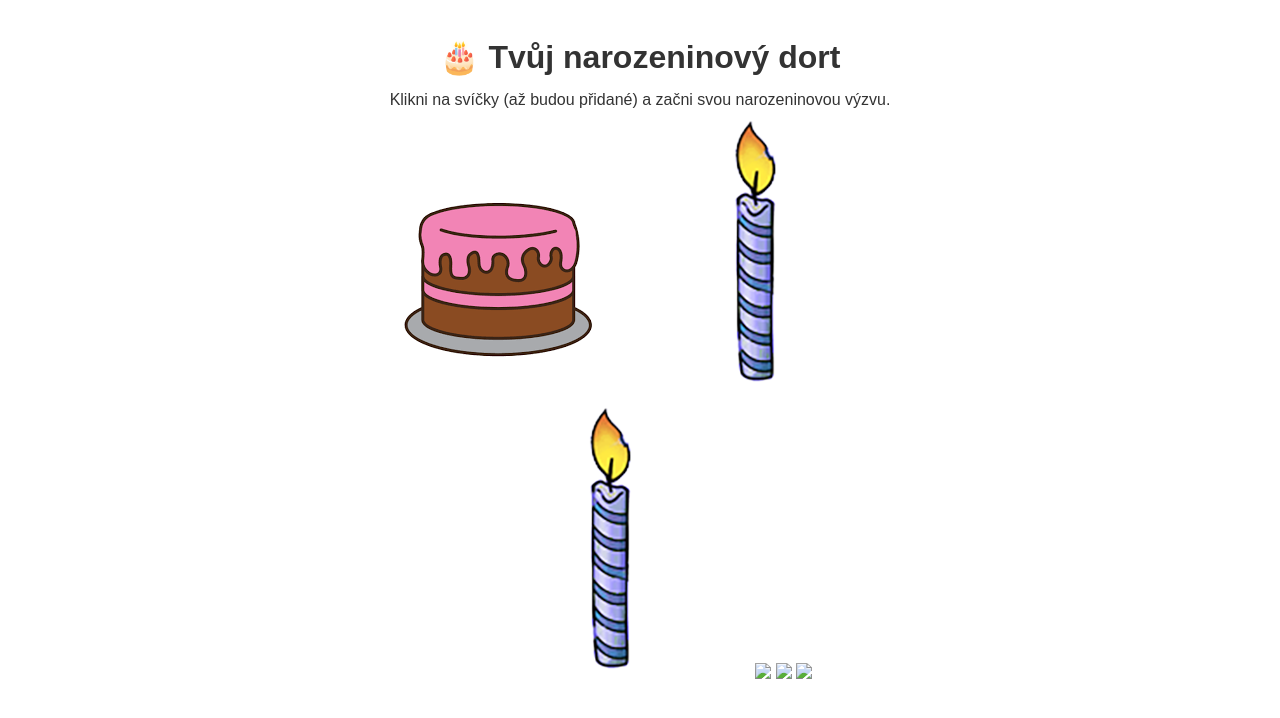
Repository: DanielMicka/darek
Page: html/cake.html
These files come from the project's save history. The page is drawn as it stood at one moment and after the next save; the edit follows.
The browser window is 1280 px wide. The pictures show the whole page.

Above is the page before, as saved 2026-06-13 19:11:19.
Not found: svíčka_on.png

### html/cake.html
<!DOCTYPE html>
<html lang="cs">

<head>
    <meta charset="UTF-8">
    <title>Dort 🎂</title>
    <link rel="stylesheet" href="styles.css">
</head>

<body>

    <div class="container fade">

        <h2>🎂 Tvůj narozeninový dort</h2>

        <p>Klikni na svíčky (až budou přidané) a začni svou narozeninovou výzvu.</p>

        <div class="cake-wrapper">
            <img src="/cake.png" class="cake">

            <!-- Svíčka 1 -->
            <img src="/svíčka_ende.png" class="candle c1" data-id="1">

            <!-- Svíčka 2 -->
            <img src="/svíčka_ende.png" class="candle c2" data-id="2">

            <!-- Svíčka 3 -->
            <img src="/svíčka_on.png" class="candle c3" data-id="3">

            <!-- Svíčka 4 -->
            <img src="/svíčka_on.png" class="candle c4" data-id="4">

            <!-- Svíčka 5 -->
            <img src="/svíčka_on.png" class="candle c5" data-id="5">
        </div>


    </div>

</body>

</html>

### html/styles.css
/* Reset */
* {
    margin: 0;
    padding: 0;
    box-sizing: border-box;
}

body {
    font-family: "Poppins", sans-serif;
    background: white;
    color: #333;
    display: flex;
    justify-content: center;
    align-items: center;
    min-height: 100vh; /* vždy na střed */
    text-align: center;
    padding: 20px;
}

/* Kontejner pro obsah */
.container {
    max-width: 700px;
    width: 100%;
}

/* Obrázky */
img {
    max-width: 100%;
    height: auto;
}

/* Tlačítko */
.btn {
    margin-top: 35px;
    padding: 15px 35px;
    font-size: 1.2rem;
    border: none;
    border-radius: 30px;
    background: #4aa3ff;
    color: white;
    cursor: pointer;
    transition: 0.3s;
}

.btn:hover {
    background: #1f8bff;
    transform: scale(1.05);
}

/* Nadpisy */
h1 {
    font-size: 2.6rem;
    margin-bottom: 15px;
}

h2 {
    font-size: 2rem;
    margin-bottom: 15px;
}

/* Animace */
@keyframes fadeIn {
    from { opacity: 0; transform: translateY(20px); }
    to   { opacity: 1; transform: translateY(0); }
}

.fade {
    animation: fadeIn 1.2s ease;
}

After the next save:
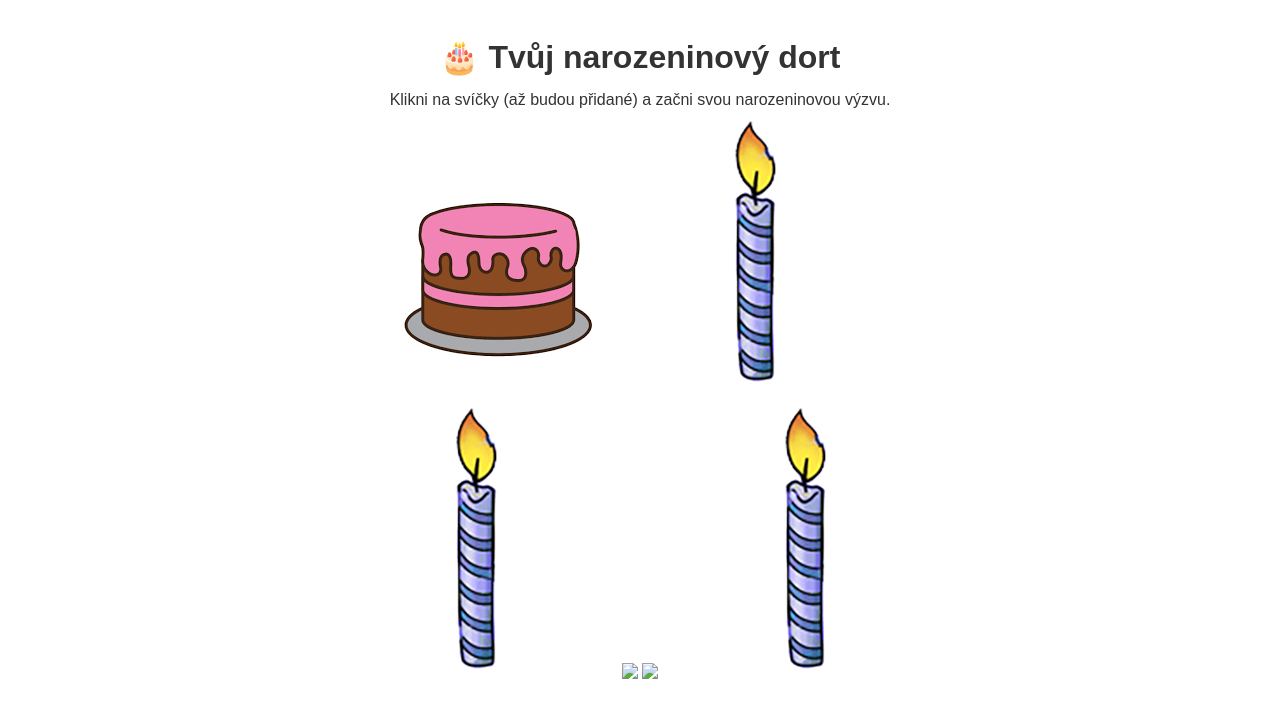
Saved 5 s later.
--- a/html/cake.html
+++ b/html/cake.html
@@ -31,7 +31,7 @@
             <img src="/svíčka_on.png" class="candle c4" data-id="4">
 
             <!-- Svíčka 5 -->
-            <img src="/svíčka_on.png" class="candle c5" data-id="5">
+            <img src="/svíčka_ende.png" class="candle c5" data-id="5">
         </div>
 
 
